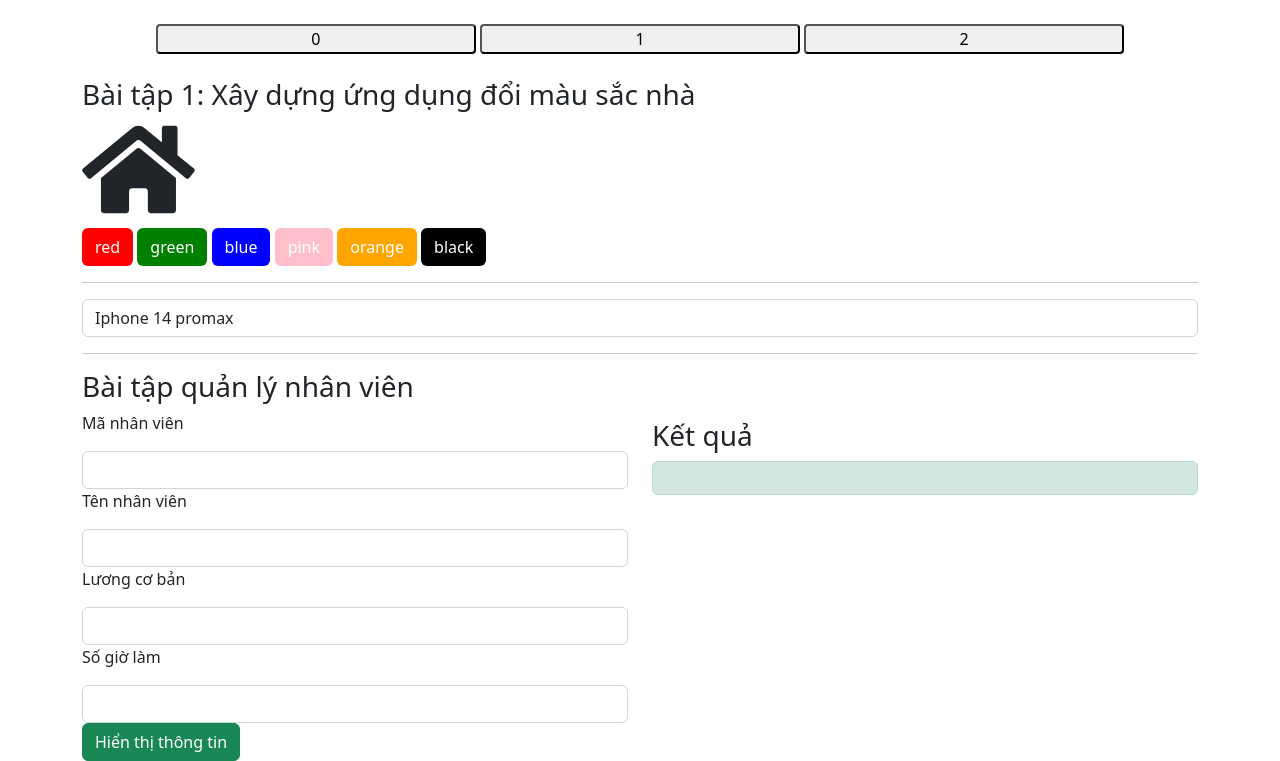
Repository: hcozyph/CyberSoft_Bai_Tap_Tren_Lop
Page: ES6/ES6_BASIC/index.html
An editor plug-in stored every save of this project. The page is shown before and after the next save, followed by the edit.
The browser window is 1280 px wide. The pictures show the whole page.
Some web libraries are served in a nearby version.

Above is the page before, as saved 2023-03-22 20:33:51.

After the next save:
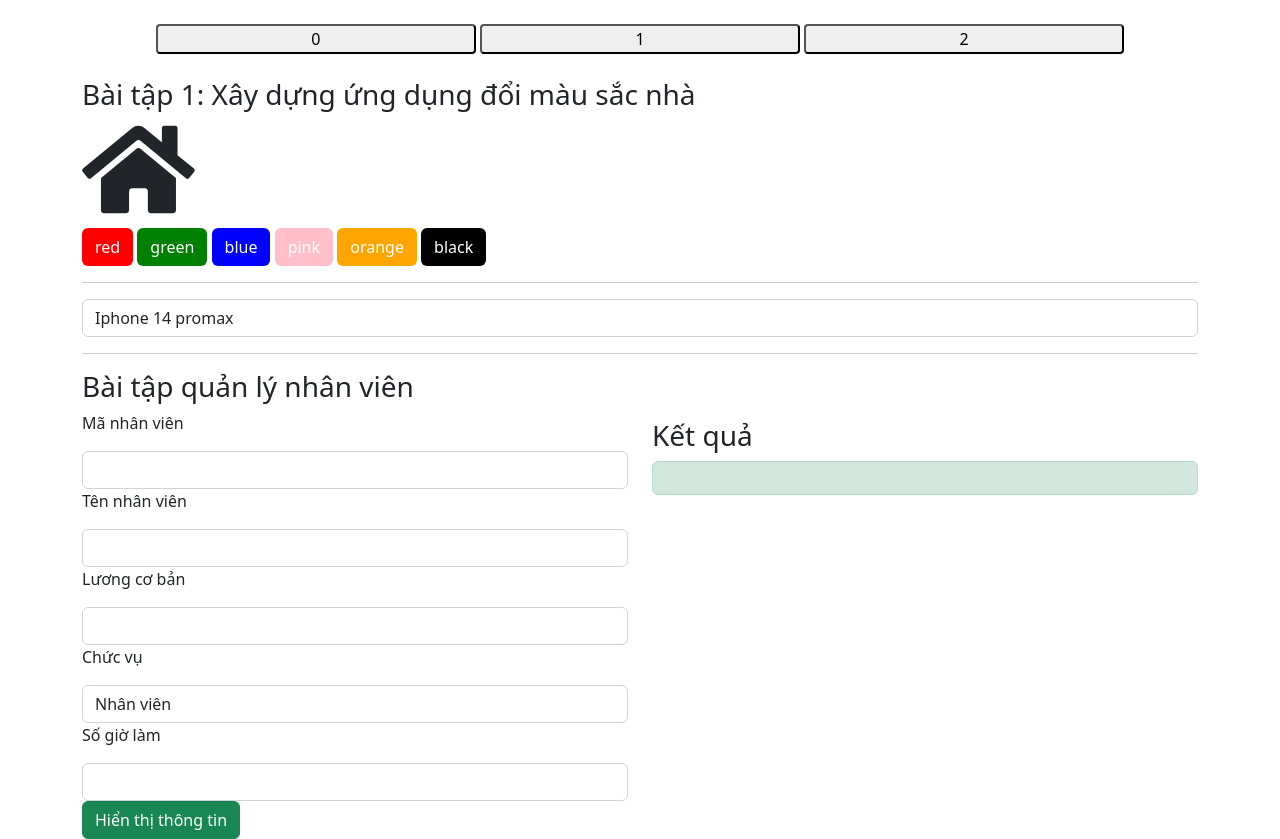
Saved 2 min 34 s later.
--- a/ES6/ES6_BASIC/index.html
+++ b/ES6/ES6_BASIC/index.html
@@ -82,6 +82,13 @@
                             />
                         </div>
                         <div class="form-group">
+                            <p>Chức vụ</p>
+                            <select name="" id="chucVu" class="form-control">
+                                <option value="">Nhân viên</option>
+                                <option value="">Giám đốc</option>
+                            </select>
+                        </div>
+                        <div class="form-group">
                             <p>Số giờ làm</p>
                             <input
                                 type="text"
